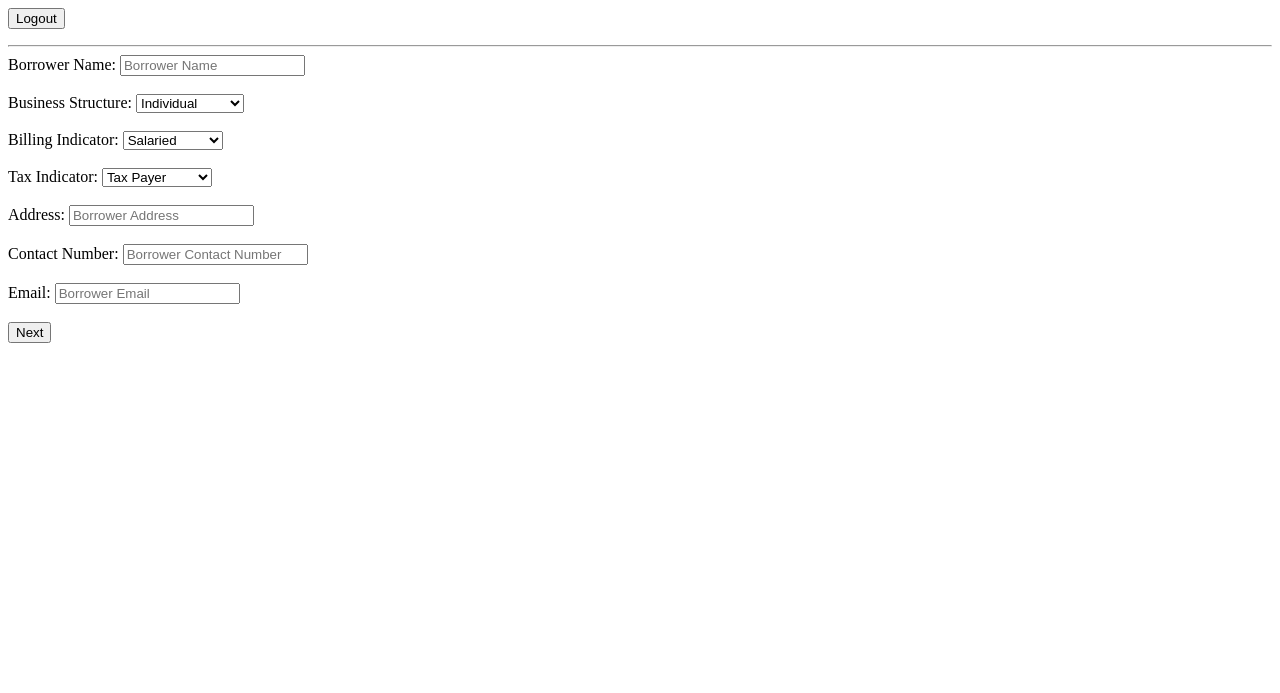
Repository: Bayvao/E-Loan-Project
Page: http://localhost/E-Loan-Project/WEB-INF/views/borrower-details-form.jsp
These files come from the project's save history. The page is drawn as it stood at one moment and after the next save; the edit follows.
The browser window is 1280 px wide. The pictures show the whole page.
The page is served by Tomcat 9. Nobody is signed in. Other server files are loaded and not shown. The template is opened directly, without the code that normally fills it, so the values that code supplies are empty.

Above is the page before, as saved 2020-07-20 12:34:30.

### E-Loan-Project/src/main/webapp/WEB-INF/views/borrower-details-form.jsp
<%@ taglib prefix="form" uri="http://www.springframework.org/tags/form" %>
<%@ taglib prefix="security"
	uri="http://www.springframework.org/security/tags"%>
<%@ taglib prefix="c" uri="http://java.sun.com/jsp/jstl/core"%>

<!DOCTYPE html>
<html lang="en">
<head>
<meta charset="ISO-8859-1">
<title>Borrower Details</title>
<style>
.error {
	color: red;
}
</style>
</head>
<body>

	<!-- Add a logout button -->
	<form:form action="${pageContext.request.contextPath}/logout"
		method="POST">

		<input type="submit" value="Logout" />

	</form:form>

	<!-- display user name and role -->

	<p>

		<security:authorize access="isAuthenticated()">
        User: <security:authentication property="principal.username" />
        Role(s): <security:authentication
				property="principal.authorities" />
		</security:authorize>
	</p>

	<hr>

	<form:form
		action="${pageContext.request.contextPath}/loan/processBorrower"
		modelAttribute="loanBorrower">

		<div>
			<label>Borrower Name: </label>

			<form:input path="bName" placeholder="Borrower Name"
				class="form-control"  />
			<form:errors path="bName" cssClass="error" />
		</div>
		<br>
		<div>
			<label>Business Structure: </label>
			<form:select path="bStructure" class="form-control">
				<form:option value="Individual">Individual</form:option>
				<form:option value="Organizational">Organizational</form:option>

			</form:select>
		</div>
		<br>
		<div>
			<label>Billing Indicator: </label>
			<form:select path="bIndicator" class="form-control">
				<form:option value="Salaried">Salaried</form:option>
				<form:option value="Non-Salaried">Non-Salaried</form:option>

			</form:select>
		</div>
		<br>
		<div>
			<label>Tax Indicator: </label>
			<form:select path="tIndicator" class="form-control">
				<form:option value="Tax Payer">Tax Payer</form:option>
				<form:option value="Not Tax Payer">Non Tax Payer</form:option>

			</form:select>
		</div>
		<br>
		<div>
			<label>Address: </label>
			<form:input path="bAddress" placeholder="Borrower Address"
				class="form-control" />
			<form:errors path="bAddress" cssClass="error" />
		</div>
		<br>
		<div>
			<label>Contact Number: </label>
			<form:input path="bContactNo" placeholder="Borrower Contact Number"
				class="form-control" />
			<form:errors path="bContactNo" cssClass="error" />
		</div>
		<br>
		<div>
			<label>Email: </label>
			<form:input path="bEmail" placeholder="Borrower Email"
				class="form-control" />
			<form:errors path="bEmail" cssClass="error" />
		</div>
		<br>
		<div>
			<button type="submit" class="btn btn-blue text-center">Next</button>
		</div>
	</form:form>

</body>
</html>

After the next save:
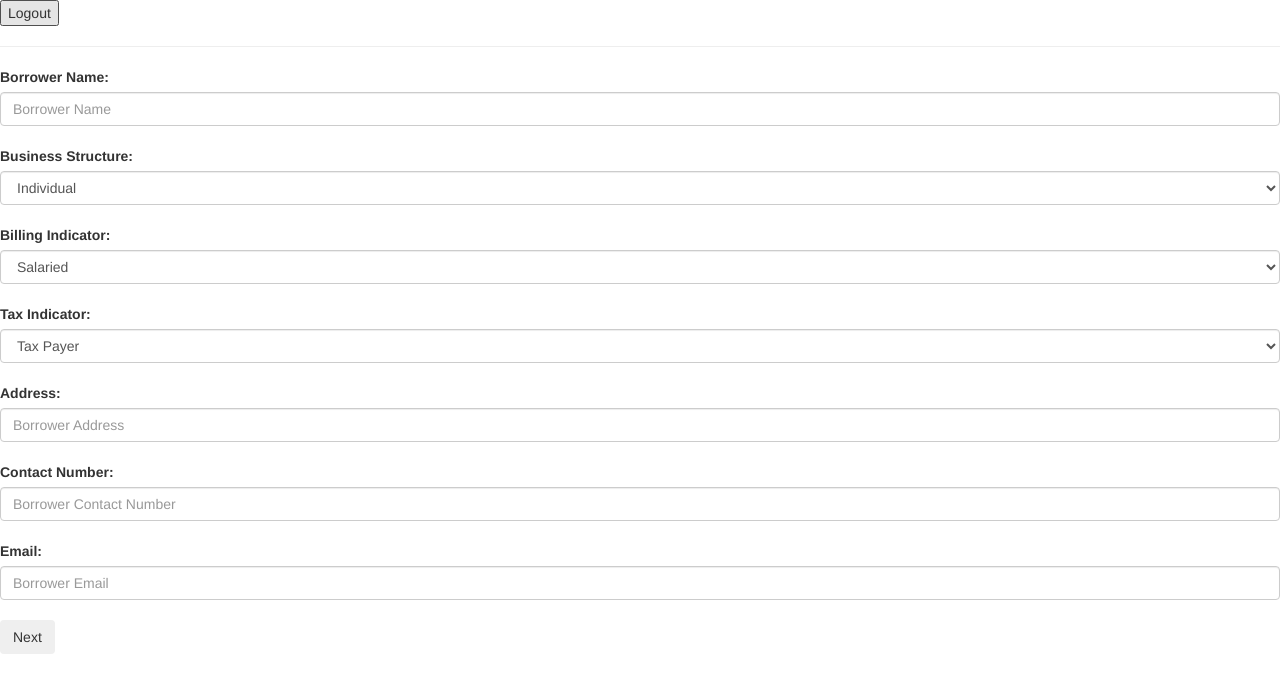
Saved 20 s later.
--- a/E-Loan-Project/src/main/webapp/WEB-INF/views/borrower-details-form.jsp
+++ b/E-Loan-Project/src/main/webapp/WEB-INF/views/borrower-details-form.jsp
@@ -6,8 +6,13 @@
 <!DOCTYPE html>
 <html lang="en">
 <head>
-<meta charset="ISO-8859-1">
 <title>Borrower Details</title>
+<meta charset="utf-8">
+    <meta name="viewport" content="width=device-width, initial-scale=1">
+    <link rel="stylesheet" href="https://maxcdn.bootstrapcdn.com/bootstrap/3.4.1/css/bootstrap.min.css">
+    <script src="https://ajax.googleapis.com/ajax/libs/jquery/3.5.1/jquery.min.js"></script>
+    <script src="https://maxcdn.bootstrapcdn.com/bootstrap/3.4.1/js/bootstrap.min.js"></script>
+
 <style>
 .error {
 	color: red;
